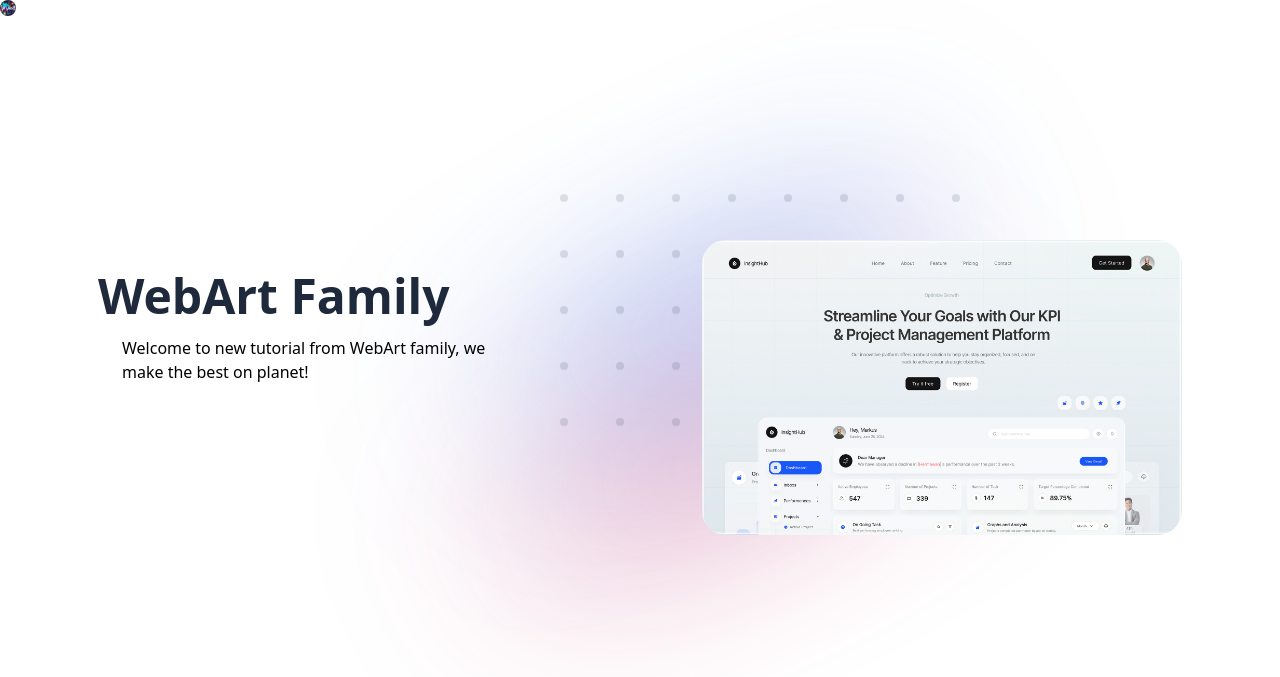
Repository: 30namp/youtube-web-art-code
Page: stunning landing page 1/index.html
These files come from the project's save history. The page is drawn as it stood at one moment and after the next save; the edit follows.
The browser window is 1280 px wide. The pictures show the whole page.

Above is the page before, as saved 2024-09-26 21:05:44.

### stunning landing page 1/index.html
<!DOCTYPE html>
<html lang="en">
  <head>
    <meta charset="UTF-8" />
    <meta name="viewport" content="width=device-width, initial-scale=1.0" />
    <title>WebArt Design</title>
    <script src="./tailwindcss.min.js"></script>
  </head>
  <body class="min-h-screen">
    <div
      class="absolute right-[25%] top-[60%] h-12 w-[30rem] rounded-[100%] rotate-[-25deg] bg-pink-700 blur-[6rem]"
    ></div>
    <div
      class="absolute right-[25%] top-[40%] h-12 w-[30rem] rounded-[100%] rotate-[-25deg] bg-blue-700 blur-[6rem]"
    ></div>
    <div
      class="grid grid-cols-8 gap-12 absolute right-[25%] top-[27%] animate-pulse"
    >
      <div class="rounded-full bg-slate-700/30 size-2 shadow-lg"></div>
      <div class="rounded-full bg-slate-700/30 size-2 shadow-lg"></div>
      <div class="rounded-full bg-slate-700/30 size-2 shadow-lg"></div>
      <div class="rounded-full bg-slate-700/30 size-2 shadow-lg"></div>
      <div class="rounded-full bg-slate-700/30 size-2 shadow-lg"></div>
      <div class="rounded-full bg-slate-700/30 size-2 shadow-lg"></div>
      <div class="rounded-full bg-slate-700/30 size-2 shadow-lg"></div>
      <div class="rounded-full bg-slate-700/30 size-2 shadow-lg"></div>
      <div class="rounded-full bg-slate-700/30 size-2 shadow-lg"></div>
      <div class="rounded-full bg-slate-700/30 size-2 shadow-lg"></div>
      <div class="rounded-full bg-slate-700/30 size-2 shadow-lg"></div>
      <div class="rounded-full bg-slate-700/30 size-2 shadow-lg"></div>
      <div class="rounded-full bg-slate-700/30 size-2 shadow-lg"></div>
      <div class="rounded-full bg-slate-700/30 size-2 shadow-lg"></div>
      <div class="rounded-full bg-slate-700/30 size-2 shadow-lg"></div>
      <div class="rounded-full bg-slate-700/30 size-2 shadow-lg"></div>
      <div class="rounded-full bg-slate-700/30 size-2 shadow-lg"></div>
      <div class="rounded-full bg-slate-700/30 size-2 shadow-lg"></div>
      <div class="rounded-full bg-slate-700/30 size-2 shadow-lg"></div>
      <div class="rounded-full bg-slate-700/30 size-2 shadow-lg"></div>
      <div class="rounded-full bg-slate-700/30 size-2 shadow-lg"></div>
      <div class="rounded-full bg-slate-700/30 size-2 shadow-lg"></div>
      <div class="rounded-full bg-slate-700/30 size-2 shadow-lg"></div>
      <div class="rounded-full bg-slate-700/30 size-2 shadow-lg"></div>
      <div class="rounded-full bg-slate-700/30 size-2 shadow-lg"></div>
      <div class="rounded-full bg-slate-700/30 size-2 shadow-lg"></div>
      <div class="rounded-full bg-slate-700/30 size-2 shadow-lg"></div>
      <div class="rounded-full bg-slate-700/30 size-2 shadow-lg"></div>
      <div class="rounded-full bg-slate-700/30 size-2 shadow-lg"></div>
      <div class="rounded-full bg-slate-700/30 size-2 shadow-lg"></div>
      <div class="rounded-full bg-slate-700/30 size-2 shadow-lg"></div>
      <div class="rounded-full bg-slate-700/30 size-2 shadow-lg"></div>
      <div class="rounded-full bg-slate-700/30 size-2 shadow-lg"></div>
      <div class="rounded-full bg-slate-700/30 size-2 shadow-lg"></div>
      <div class="rounded-full bg-slate-700/30 size-2 shadow-lg"></div>
      <div class="rounded-full bg-slate-700/30 size-2 shadow-lg"></div>
      <div class="rounded-full bg-slate-700/30 size-2 shadow-lg"></div>
      <div class="rounded-full bg-slate-700/30 size-2 shadow-lg"></div>
      <div class="rounded-full bg-slate-700/30 size-2 shadow-lg"></div>
      <div class="rounded-full bg-slate-700/30 size-2 shadow-lg"></div>
    </div>

    <!-- navbar -->
    <nav
      class="absolute top-0 left-0 right-0 flex justify-between items-center"
    >
      <a href="/">
        <img class="size-4 rounded-full" src="./assets/img/logo.jpg" alt="" />
      </a>
    </nav>

    <!-- hero section -->
    <div class="hero-section relative pt-60 flex justify-around items-start">
      <div class="content flex flex-col gap-4 pt-8">
        <h1 class="text-5xl font-bold text-slate-800">WebArt Family</h1>
        <div class="description ml-6 w-96">
          Welcome to new tutorial from WebArt family, we make the best on
          planet!
        </div>
      </div>
      <img class="w-[30rem] rounded-3xl" src="./assets/img/img.png" alt="" />
    </div>
  </body>
</html>

Loaded but not shown: stunning landing page 1/tailwindcss.min.js (library)

After the next save:
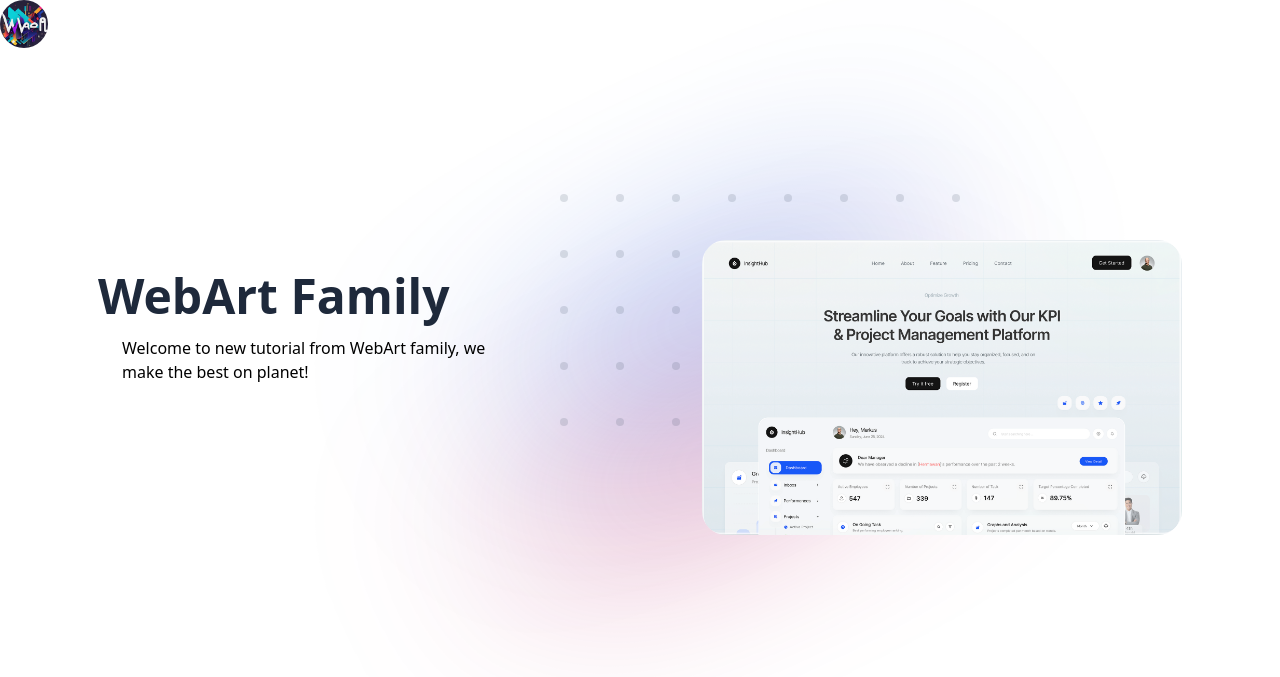
Saved 4 s later.
--- a/stunning landing page 1/index.html
+++ b/stunning landing page 1/index.html
@@ -63,7 +63,7 @@
       class="absolute top-0 left-0 right-0 flex justify-between items-center"
     >
       <a href="/">
-        <img class="size-4 rounded-full" src="./assets/img/logo.jpg" alt="" />
+        <img class="size-12 rounded-full" src="./assets/img/logo.jpg" alt="" />
       </a>
     </nav>
 
